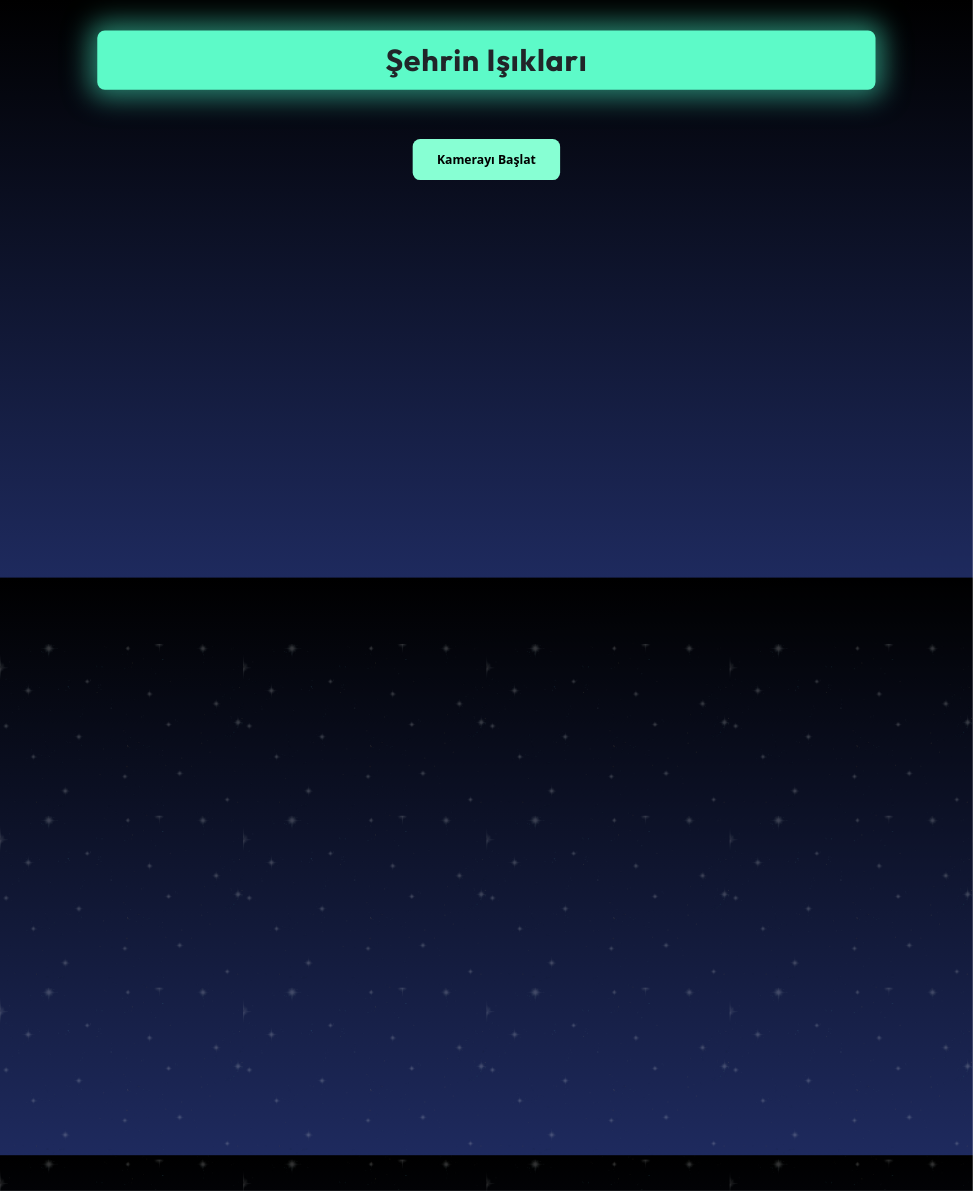
Repository: BiranOrundas/CameraQR
Page: index.html
The author's editor kept a copy of each file at every save. The page is drawn from the files as they stood at one save, then again after the next save.
The browser window is 1280 px wide. The pictures show the whole page, at 76% of full size.

Above is the page before, as saved 2024-08-29 15:49:23.

### index.html
<!DOCTYPE html>
<html lang="tr">
<head>
    <meta charset="UTF-8">
    <title>Şehrin Işıkları</title>
<link rel="stylesheet" href="style.css">
<link href="https://cdn.jsdelivr.net/npm/bootstrap@5.3.3/dist/css/bootstrap.min.css" rel="stylesheet" integrity="sha384-QWTKZyjpPEjISv5WaRU9OFeRpok6YctnYmDr5pNlyT2bRjXh0JMhjY6hW+ALEwIH" crossorigin="anonymous">
</head>
<body class="mx-auto">
    <div id="stars">

    </div>
    <div class="header">
        <h1 class="outfit">Şehrin Işıkları</h1>
    </div>
    <div style="align-items: center; justify-content: center; text-align: center;">
    <button class="button" id="start-camera">Kamerayı Başlat</button>
</div>
    <video id="camera" autoplay playsinline></video>
    <div style="align-items: center; justify-content: center; text-align: center;">
    <button class="button" id="take-photo" >Fotoğraf Çek</button>
    </div>
    <canvas id="canvas" ></canvas>
    <div class="row mx-auto align-items-center">
          <div class="col-12 col-md-8">
    <img id="photo"  alt="Çekilen Fotoğraf">
        </div>
    <div class="col-12 col-md-4 mx-auto justify-content-center ">
        <h1 id="qrinfo">Fotografınızı QR kodu okutarak indirebilirsiniz.</h1>
    <div class="text-center mx-auto" id="qrcode"></div>
    </div>
    </div>
    <div id="qrdiv" class="mt-5 py-5" style="align-items: center; justify-content: center; text-align: center;">
    <button id="download-qr" class="button" style="display: none;">QR Kodunu İndir</button>
    <button id="try-again" class="button" style="display: none;">Yeniden Çek</button>
    </div>



    <script src="qrious.js"></script>
    <script src="script.js"></script>
</body>
</html>

### style.css
@import url('https://fonts.googleapis.com/css2?family=Outfit:wght@100..900&display=swap');



.outfit {
  font-family: "Outfit", sans-serif;
  font-optical-sizing: auto;
  font-weight: 700;
  font-style: normal;
}

#stars{
  position: absolute;
  background-image: url(stars.png);
  height: 100vh;
  width: 100vw;
  margin-left: -10%;
  object-fit: cover;
  z-index: -1;
  opacity: 0.2;
  background-repeat: repeat;
  background-size: 25%;
  animation-name: slide;
  animation-duration: 24s;
  animation-direction: normal;
  animation-iteration-count: infinite;
}

@keyframes slide {
  0% {top: 0px;}
  50% {top: 1200px;}
   100% {top: 0px;}
}
body{
    margin-left:auto ;
    margin-right:auto ;
    align-items: center;
    justify-content: center;
    max-width: 80vw !important;
    height: 100vh !important;
    /* background-image: repeating-linear-gradient(to bottom, #1E2A5E 10%, #38444d 5% ) !important; */
    background-image: linear-gradient(to bottom, rgba(0,0,0,1), rgba(30,42,94,1));
}

#camera {
    display: grid;
    visibility: hidden;
    justify-content: center;
    margin: auto;
    width: 100%;
    max-width: 1400px;
    height: 75vh;
    object-fit: cover;
    border-radius: 10px;
    box-shadow: #ffffffda 0px 0px 65px 10px;
    border: #fff 1px solid;
    border-style: dotted;
}

#photo {
    border:rgb(93, 250, 200) 1px solid;
    display: none;
    width: 50vw;
    height: 60vh;
    margin-top: 10px;
    justify-content: center;
    border-radius: 15px;
    object-fit: cover;
    box-shadow: rgba(242, 242, 242, 0.53) 0px 0px 35px 10px;
}

#qrcode {
   width: 20vw;
   height: auto;
}

#take-photo{
display: none;
}
#canvas{
display: none ;
}

.button {
    background-color: #87ffd3; /* Green */
    border: none;
    color: #000000;
    padding: 15px 32px;
    text-align: center;
    text-decoration: none;
    font-weight: 700;
    display: inline-block;
    font-size: 16px;
    border-radius: 10px;
    transition: 0.5s;
    justify-content: center;
    align-items: center;
    margin: 25px;


  }

  .button:hover{
    background-color: #005e3c; /* Green */
    cursor: pointer;
    color: #fff;
    box-shadow: #ffffff 0px 0px 15px 5px;
    transition: 0.5s;
    border: #fff 1px solid;
  }

  h1{
    justify-content: center;
    text-align: center;
    font-size: 2.5rem;
    color: rgb(255, 255, 255);
    letter-spacing: 1px;
    padding: 15px 10px;
  }

  .header{
    background-color: rgb(93, 250, 200);
    border-radius: 10px;
    width: 80vw;
    justify-content: center;
    align-items: center;
    text-align: center;
    flex-wrap: initial;
    margin-left: auto;
    margin-right: auto;
    margin-top: 40px;
    margin-bottom: 40px;
    box-shadow: rgba(74, 246, 203, 0.53) 0px 0px 35px 10px;


  }

  #qrinfo{
    color: #fff;
    text-shadow: #fff 0px 0px 15px;
    font-size: 2.5rem;
    margin-bottom: 40px;
    display: none;
  }

  @media only screen and (max-width: 680px){

    #camera {
        display: grid;
        visibility: hidden;
        justify-content: center;
        margin: auto;
        height: 60vh;
        object-fit: cover;
        border-radius: 10px;
        box-shadow: #55555588 2px 10px 35px 1px;
    }

    #photo {
        border:rgb(93, 250, 200) 1px solid;
        display: none;
        width: 75vw;
        height: 50vh;
        margin-top: 10px;
        justify-content: center;
        border-radius: 15px;
        object-fit: cover;
        box-shadow: rgba(242, 242, 242, 0.53) 0px 0px 35px 10px;
    }

    #qrcode {
        width: 50vw;
        height: auto;
     }

     #qrinfo{
        color: #fff;
        text-shadow: #fff 0px 0px 15px;
        font-size: 1.8rem;
        margin-bottom: 40px;
        margin-top: 40px;
        display: none;
      }

  }

### script.js
document.getElementById('start-camera').addEventListener('click', async function () {

    const cam = document.getElementById('start-camera');
    const video = document.getElementById('camera');
    const takePhotoButton = document.getElementById('take-photo');
    const stream = await navigator.mediaDevices.getUserMedia({ video: true });
    video.srcObject = stream;
    video.style.display = 'block';
    video.style.visibility = 'visible';
    cam.style.display = 'none';
    takePhotoButton.style.display = 'inline';
});
document.getElementById('start-camera').addEventListener('touchstart', async function () {
    const video = document.getElementById('camera');
    const takePhotoButton = document.getElementById('take-photo');
    const stream = await navigator.mediaDevices.getUserMedia({ video: true });
    video.srcObject = stream;
    video.style.display = 'block';
    video.style.visibility = 'visible';
    takePhotoButton.style.display = 'inline';
});



document.getElementById('take-photo').addEventListener('click', function () {
    const takePhoto = document.getElementById('take-photo');
    const again = document.getElementById('try-again');
    const canvas = document.getElementById('canvas');
    const video = document.getElementById('camera');
    const photo = document.getElementById('photo');
    const qrCodeDiv = document.getElementById('qrcode');
    const downloadButton = document.getElementById('download-qr');
    const qrinfo = document.getElementById('qrinfo');

    canvas.width = video.videoWidth;
    canvas.height = video.videoHeight;
    canvas.getContext('2d').drawImage(video, 0, 0);

    // Fotoğrafı göster
    const photoData = canvas.toDataURL('image/png');
    photo.src = photoData;

    // Fotoğrafı sunucuya yükle
    fetch('upload.php', {
        method: 'POST',
        headers: {
            'Content-Type': 'application/x-www-form-urlencoded'
        },
        body: 'photo=' + encodeURIComponent(photoData)
    })
    .then(response => response.text()) // JSON yerine text olarak yanıtı alın
    .then(text => {
        console.log("Gelen yanıt:", text); // Konsola dönen yanıtı yazdır
        try {
            const data = JSON.parse(text); // Yanıtı JSON'a çevir
            if (data.url) {
                // Fotoğrafın URL'sini kullanarak QR kodu oluştur
                const qr = new QRious({
                    value: window.location.origin + '/' + data.url,
                    size: 250
                });
                qrCodeDiv.innerHTML = ''; // QR kod div'ini temizle
                qrCodeDiv.appendChild(qr.canvas); // QR kodunu ekle
                downloadButton.style.display = 'inline'; // İndir butonunu göster
                again.style.display = 'inline'; // İndir butonunu göster

                // QR kodunu indir
                downloadButton.onclick = function () {
                    const link = document.createElement('a');
                    link.href = qr.toDataURL('image/png');
                    link.download = 'qr-code.png';
                    link.click();
                };
            } else {
                alert("Fotoğraf yüklenemedi. Hata: " + data.error);
            }
        } catch (error) {
            console.error("JSON çözümleme hatası:", error); // JSON hatasını göster
        }
    })
    .catch(error => {
        console.error("Fetch hatası:", error);
    });
    takePhoto.style.display = "none"
    photo.style.display = "block";
    video.style.display = "none";
    qrinfo.style.display = "block"

    document.getElementById('try-again').addEventListener('click', async function () {
        const video = document.getElementById('camera');
        const takePhotoButton = document.getElementById('take-photo');
        const stream = await navigator.mediaDevices.getUserMedia({ video: true });
        video.srcObject = stream;
        video.style.display = 'block';
        video.style.visibility = 'visible';
        takePhotoButton.style.display = 'inline';

        if(photo.style.display == "block"){
            photo.style.display = "none"
            downloadButton.style.display = 'none'; // İndir butonunu göster
            again.style.display = 'none'; // İndir butonunu göster
            qrinfo.style.display = "none"
            qrCodeDiv.innerHTML = '';

        } else{
            console.log("fotograf belleği temizlendi.")
        }

    });
});

Loaded but not shown: qrious.js (606 lines, source omitted)

After the next save:
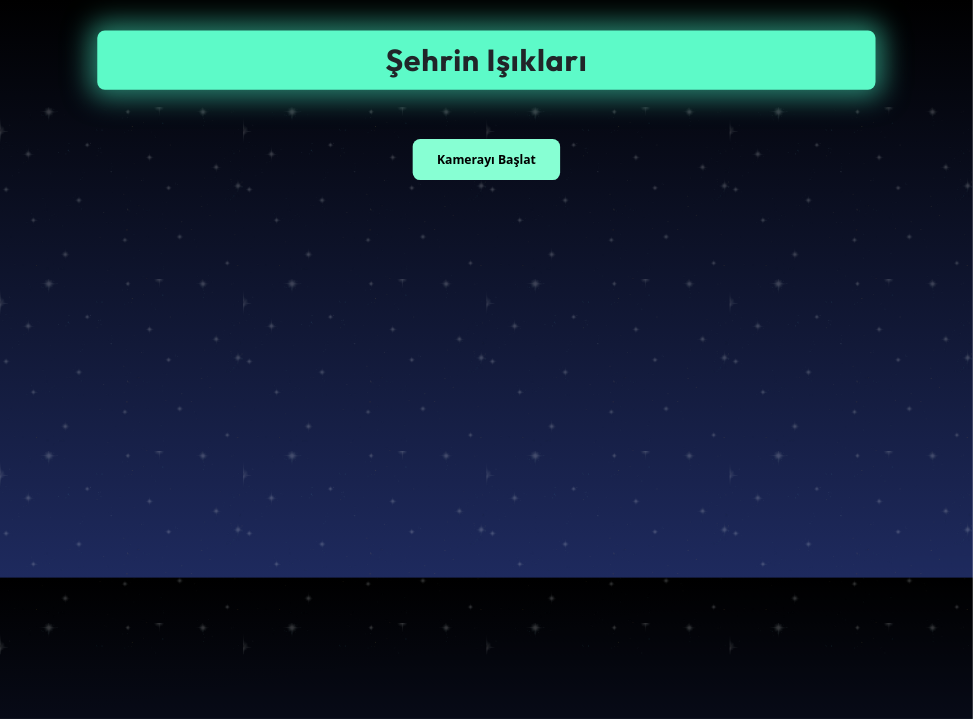
Saved 25 s later.
--- a/style.css
+++ b/style.css
@@ -28,7 +28,7 @@
 
 @keyframes slide {
   0% {top: 0px;}
-  50% {top: 1200px;}
+  50% {top: 200px;}
    100% {top: 0px;}
 }
 body{
